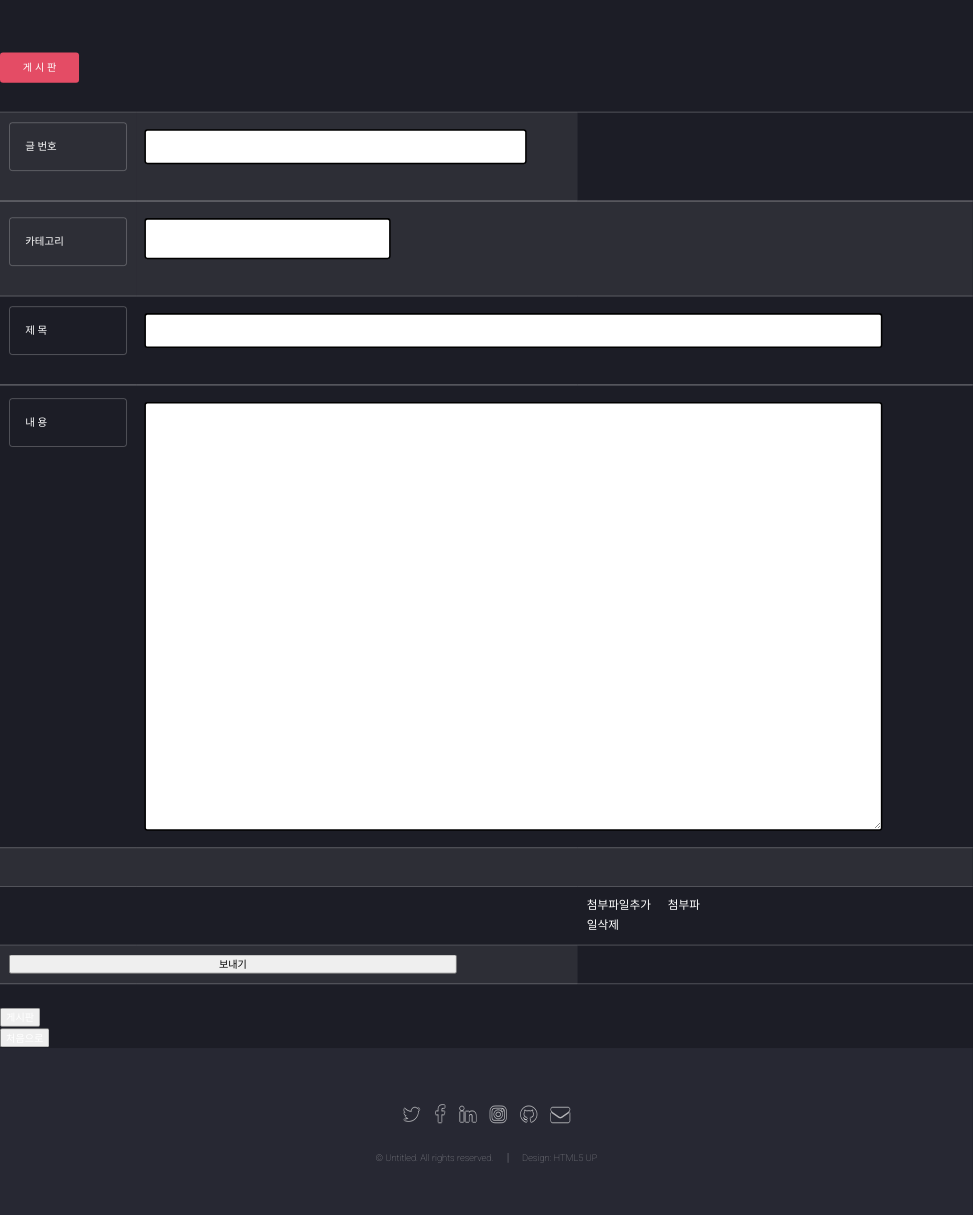
Repository: worMholEamkim/SpringEX
Page: http://localhost/bbs/bbsupdate.do
An editor plug-in stored every save of this project. The page is shown before and after the next save, followed by the edit.
The browser window is 1280 px wide. The pictures show the whole page, at 76% of full size.
The page is served by Tomcat 9. Queries for data that is not in the repository find no rows.

Above is the page before, as saved 2019-03-18 05:02:59.

After the next save:
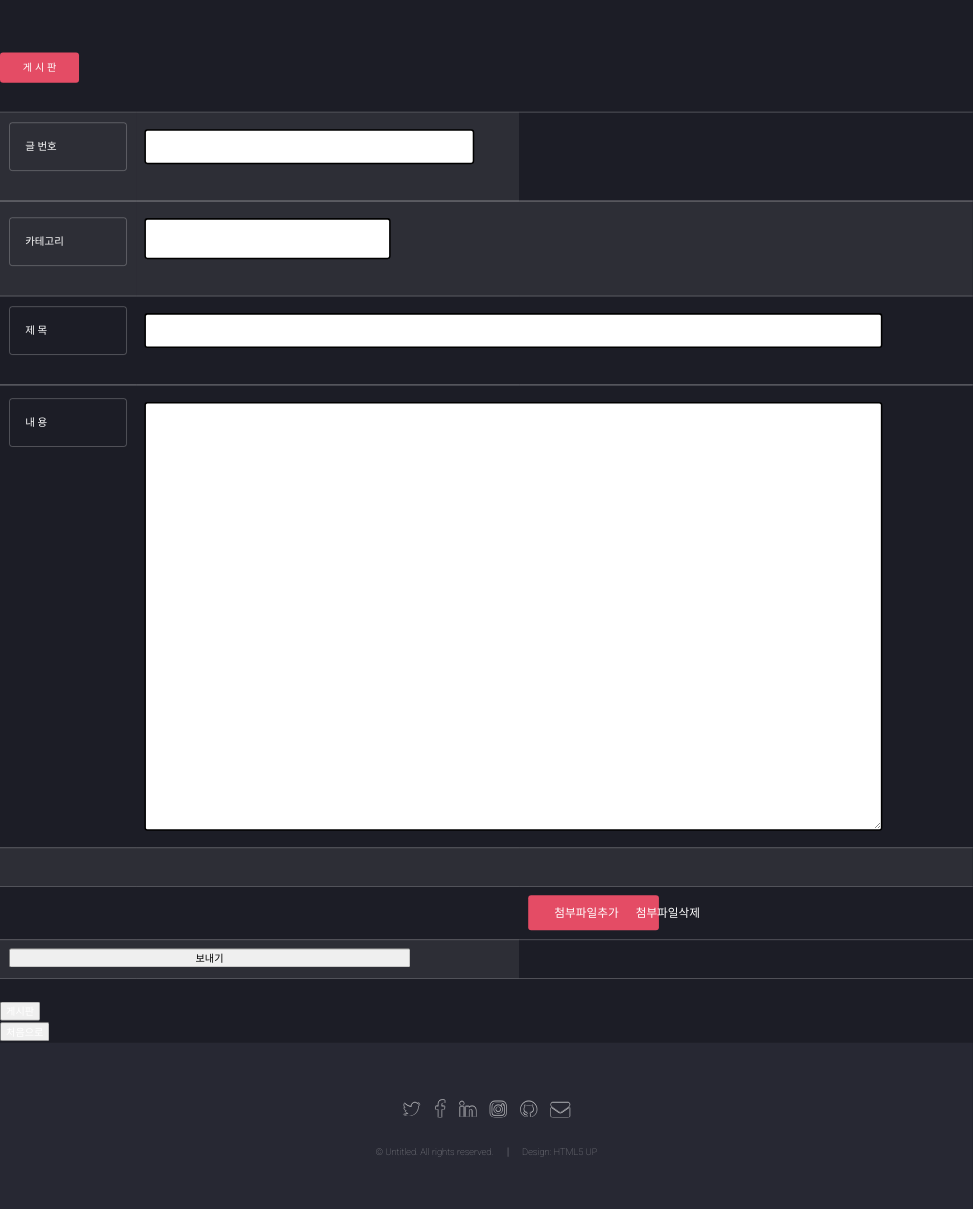
Saved 17 s later.
--- a/JSP_WepPage_Server-master.zip_expanded/JSP_WepPage_Server-master/bbs/WebContent/WEB-INF/bbsupdate.jsp
+++ b/JSP_WepPage_Server-master.zip_expanded/JSP_WepPage_Server-master/bbs/WebContent/WEB-INF/bbsupdate.jsp
@@ -173,7 +173,7 @@
 						<td colspan="3"></td>
 
 						<td colspan="2">
-						<div class="w3-button w3-block w3-button w3-black" style="width: 30%;">
+						<div class="button primary" style="width: 30%;">
 						<input type="hidden" id="file_cnt"
 							name="file_cnt" value="1" style="">
 							<a href="javascript:file_add(50, 'class=input_write');"><b>첨부파일추가</b></a>&nbsp;&nbsp;&nbsp;&nbsp;&nbsp;
